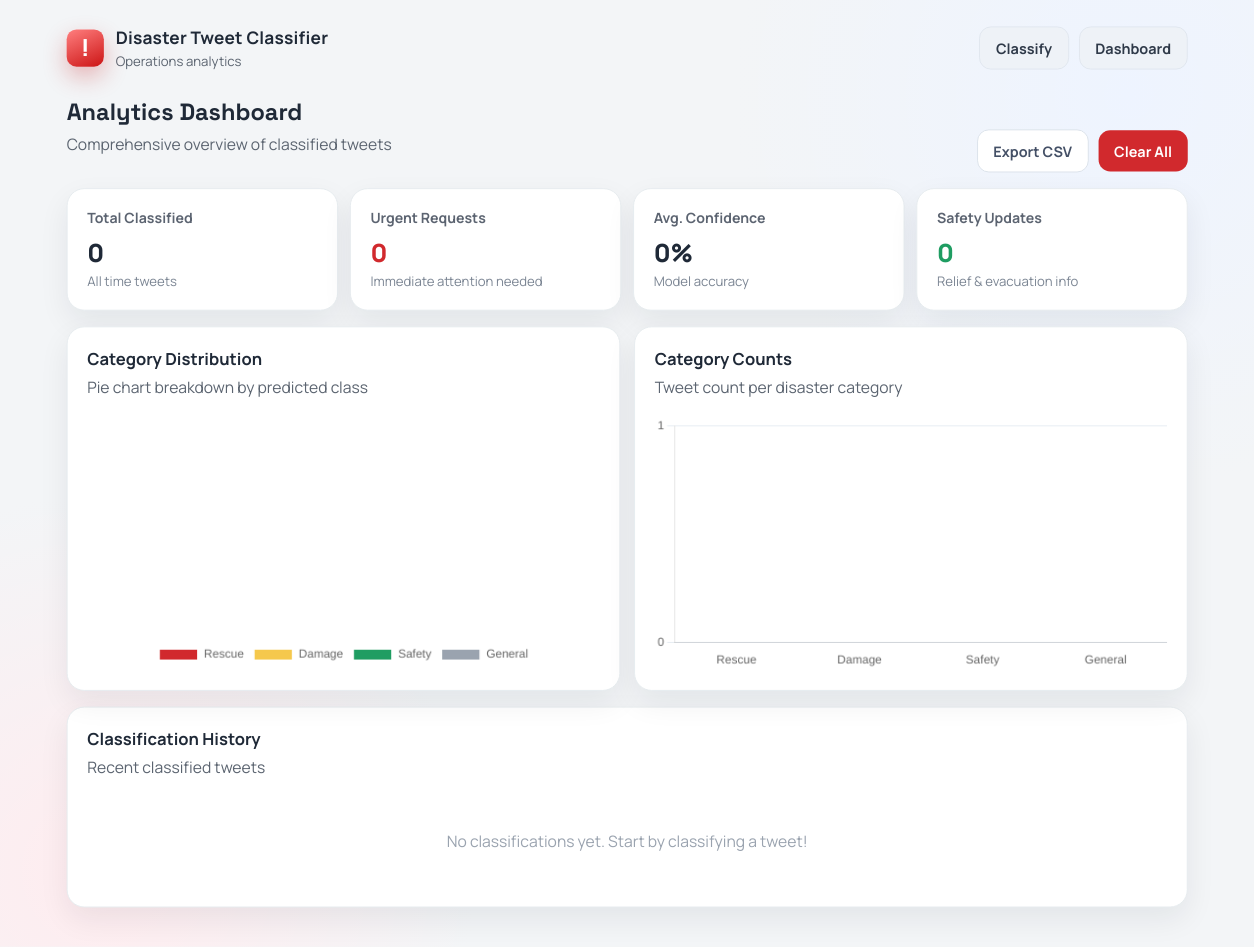
Repository: hRubia23/DISASTER
Page: dashboard.html
These files come from the project's save history. The page is drawn as it stood at one moment and after the next save; the edit follows.
The browser window is 1280 px wide. The pictures show the whole page, at 98% of full size.

Above is the page before, as saved 2026-05-03 15:09:24.

After the next save:
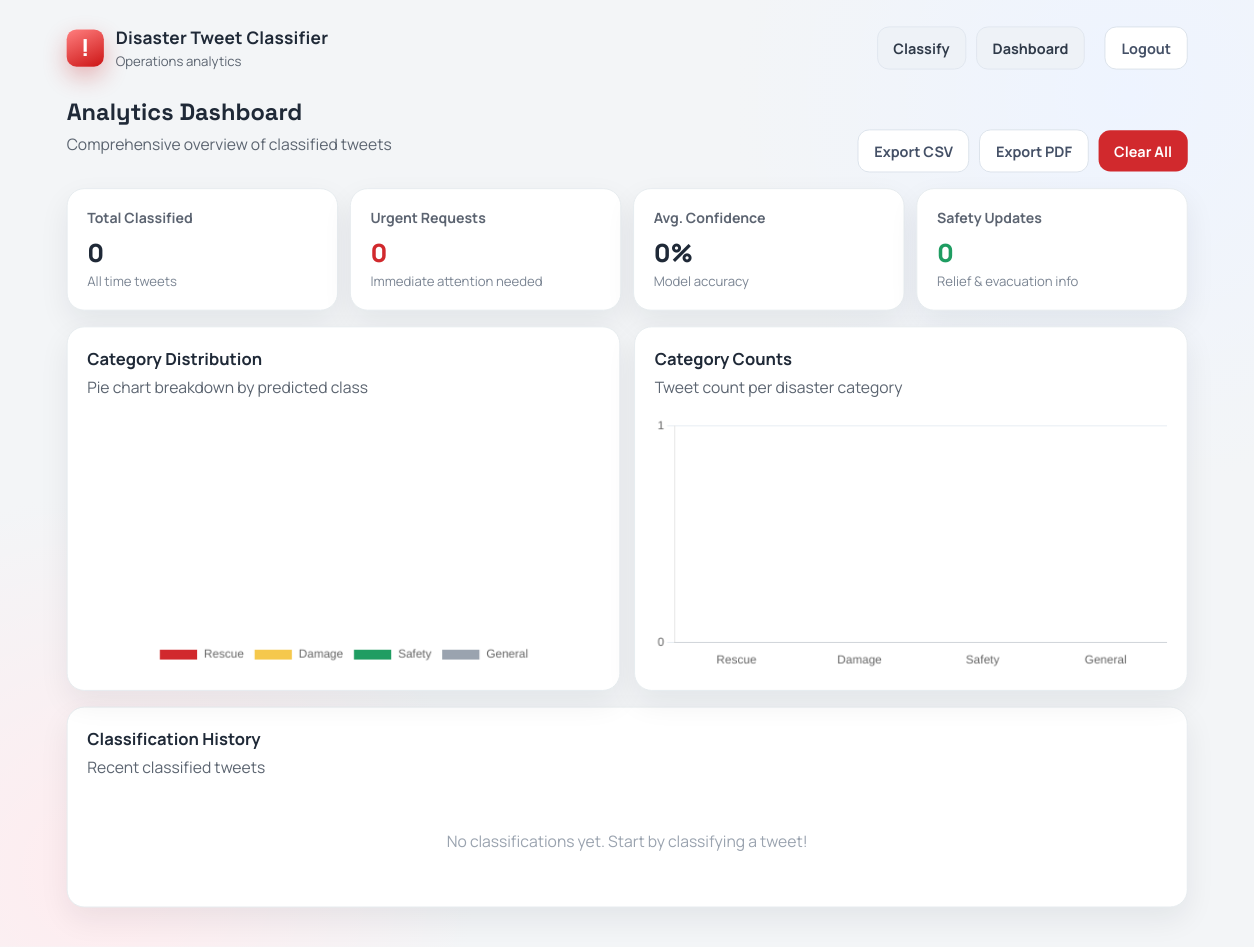
Saved 72 s later.
--- a/dashboard.html
+++ b/dashboard.html
@@ -7,7 +7,7 @@
   <link rel="stylesheet" href="styles.css" />
   <script src="https://cdn.jsdelivr.net/npm/chart.js"></script>
 </head>
-<body>
+<body data-auth-required="true">
   <div class="page-wrap fade-in">
     <nav class="top-nav">
       <div class="brand">
@@ -25,6 +25,8 @@
       <div class="nav-links" id="primaryNav">
         <a class="btn btn-secondary" href="index.html">Classify</a>
         <a class="btn btn-secondary" href="dashboard.html">Dashboard</a>
+        <span class="user-greeting" id="userGreeting"></span>
+        <button class="btn btn-outline" id="logoutBtn" type="button">Logout</button>
       </div>
     </nav>
 
@@ -35,6 +37,7 @@
       </div>
       <div class="nav-links">
         <button class="btn btn-outline" id="exportCsvBtn">Export CSV</button>
+        <button class="btn btn-outline" id="exportPdfBtn">Export PDF</button>
         <button class="btn btn-danger" id="clearAllBtn">Clear All</button>
       </div>
     </header>
